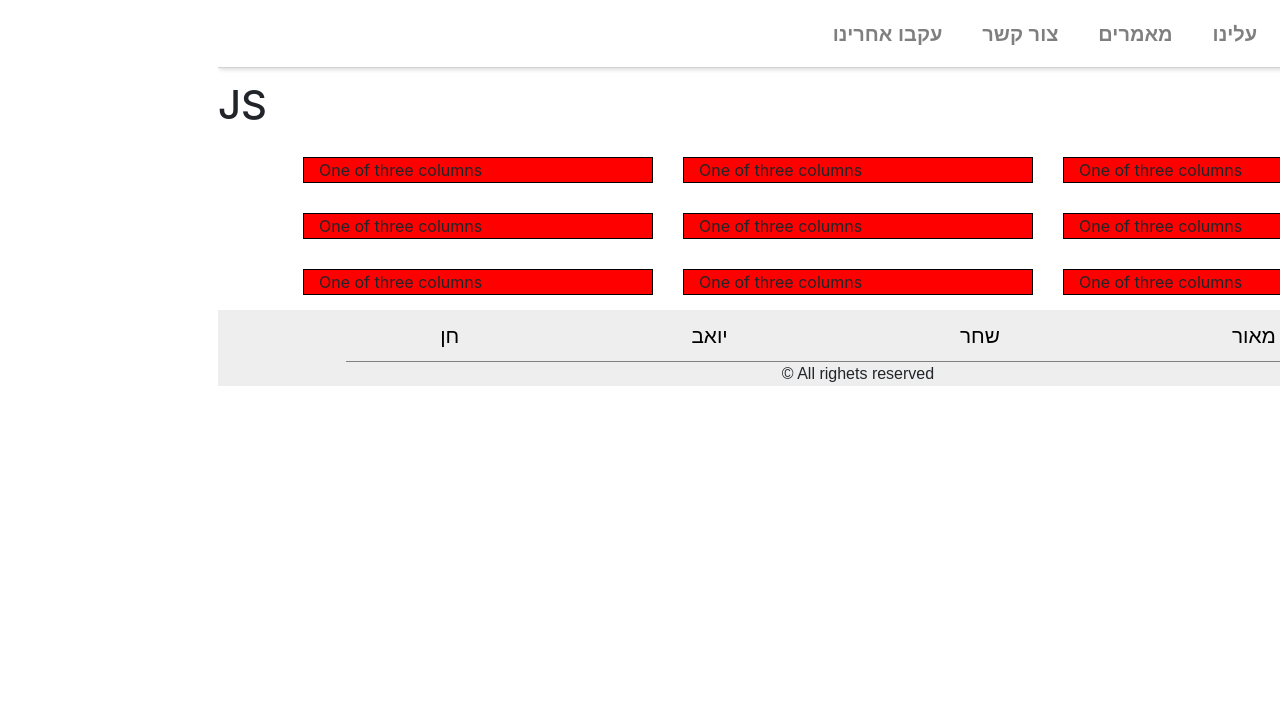
Repository: yoavBenZion/Blog-Zubi
Page: articlesPage.html
The author's editor kept a copy of each file at every save. The page is drawn from the files as they stood at one save, then again after the next save.
The browser window is 1280 px wide. The pictures show the whole page.
Some web fonts or font styles are not loaded; a fallback is used. Some web libraries are served in a nearby version.

Above is the page before, as saved 2017-10-26 11:52:09.

After the next save:
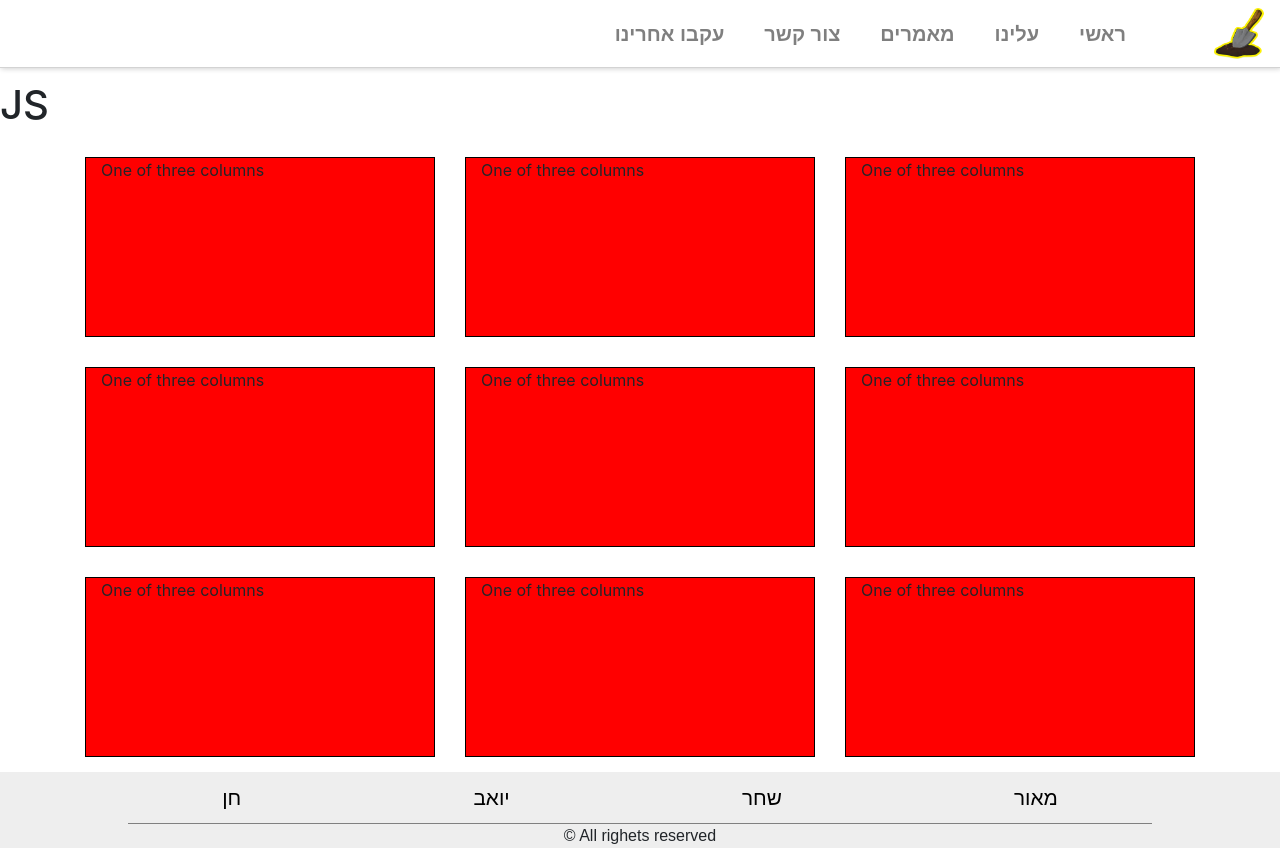
Saved 17 s later.
--- a/css/articlesPage.css
+++ b/css/articlesPage.css
@@ -7,6 +7,6 @@ body {
 .col {
     background-color: red;
     margin: 15px;
-    width: 25%;
+    height: 25vh;
     border: 1px solid black;
 }
